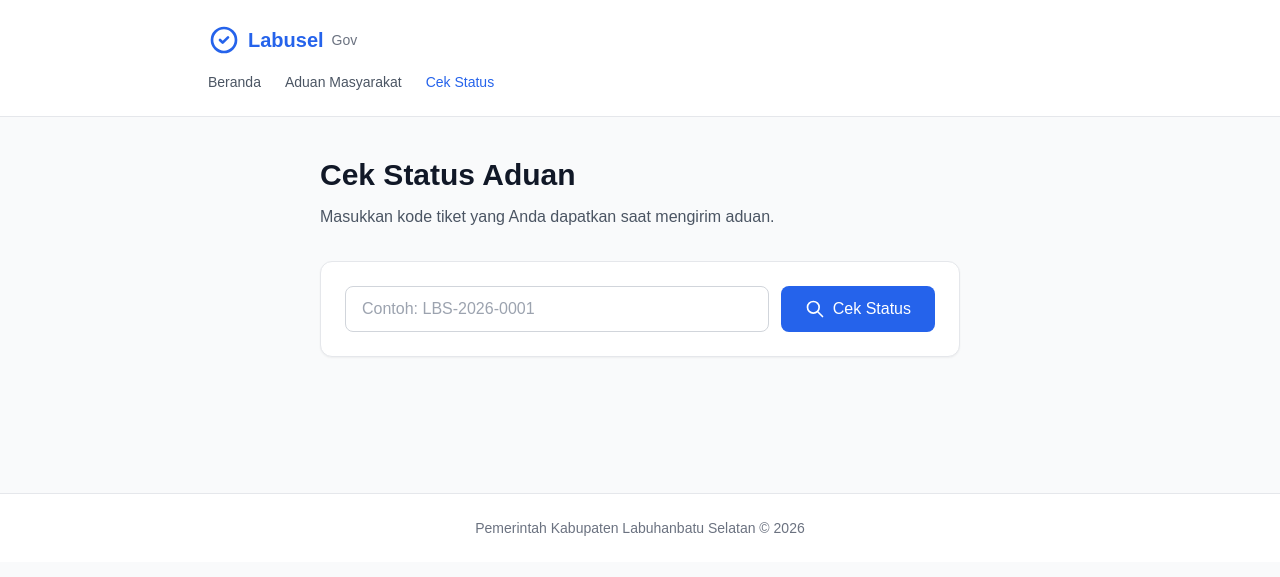
Repository: ahmaddzulkarnainyoo-dev/labusel-final
Page: /cek-status
The author's editor kept a copy of each file at every save. The page is drawn from the files as they stood at one save, then again after the next save.
The browser window is 1280 px wide. The pictures show the whole page.
The project was rebuilt for these pictures with package versions that can differ from the ones it lists, and the page was loaded fresh each time. The framework's server and built-in components were replaced by stand-ins that run in the browser. Also part of the build but not shown: next.config.js, next.config.mjs.

Above is the page before, as saved 2026-06-24 14:27:51.

After the next save:
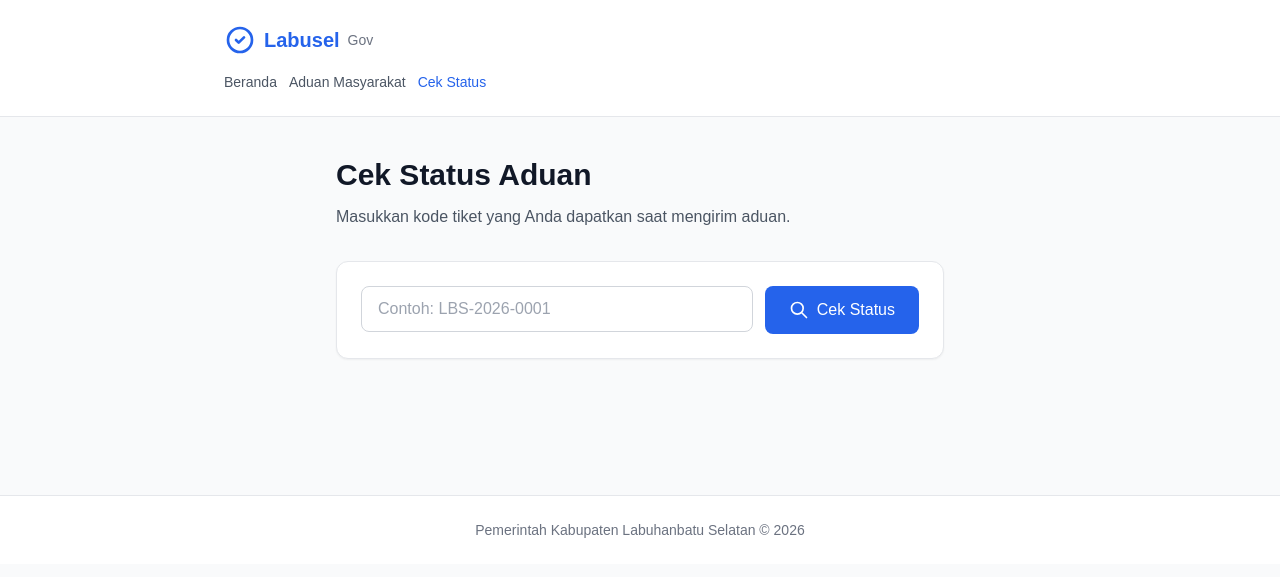
Saved 89 s later.
--- a/src/app/cek-status/page.tsx
+++ b/src/app/cek-status/page.tsx
@@ -91,7 +91,7 @@ export default function CekStatusPage() {
     <div className="min-h-screen bg-gray-50">
       {/* Header */}
       <header className="bg-white border-b border-gray-200">
-        <div className="max-w-4xl mx-auto px-4 py-6">
+        <div className="max-w-4xl mx-auto px-4 sm:px-6 lg:px-8 py-6">
           <div className="flex items-center space-x-2 mb-4">
             <svg className="w-8 h-8 text-blue-600" fill="none" stroke="currentColor" viewBox="0 0 24 24">
               <path strokeLinecap="round" strokeLinejoin="round" strokeWidth={2} d="M9 12l2 2 4-4m6 2a9 9 0 11-18 0 9 9 0 0118 0z" />
@@ -99,7 +99,7 @@ export default function CekStatusPage() {
             <span className="text-xl font-bold text-blue-600">Labusel</span>
             <span className="text-sm text-gray-500">Gov</span>
           </div>
-          <nav className="flex space-x-6 text-sm">
+          <nav className="flex flex-wrap gap-3 text-sm">
             <a href="/" className="text-gray-600 hover:text-blue-600">Beranda</a>
             <a href="/aduan" className="text-gray-600 hover:text-blue-600">Aduan Masyarakat</a>
             <a href="/cek-status" className="text-blue-600 font-medium">Cek Status</a>
@@ -107,14 +107,14 @@ export default function CekStatusPage() {
         </div>
       </header>
 
-      <main className="max-w-2xl mx-auto px-4 py-10">
+      <main className="max-w-2xl mx-auto px-4 sm:px-6 lg:px-8 py-10">
         <h1 className="text-3xl font-bold text-gray-900 mb-3">Cek Status Aduan</h1>
         <p className="text-gray-600 mb-8">
           Masukkan kode tiket yang Anda dapatkan saat mengirim aduan.
         </p>
 
         {/* Search Form */}
-        <form onSubmit={handleSubmit} className="bg-white rounded-xl shadow-sm border border-gray-200 p-6 mb-8">
+        <form onSubmit={handleSubmit} className="bg-white rounded-xl shadow-sm border border-gray-200 p-4 sm:p-6 mb-8">
           <div className="flex flex-col sm:flex-row gap-3">
             <div className="flex-1">
               <input
@@ -122,13 +122,13 @@ export default function CekStatusPage() {
                 value={kodeTiket}
                 onChange={(e) => setKodeTiket(e.target.value)}
                 placeholder="Contoh: LBS-2026-0001"
-                className="w-full px-4 py-2.5 border border-gray-300 rounded-lg focus:ring-2 focus:ring-blue-500 focus:border-blue-500 outline-none transition-colors"
+                className="w-full px-4 py-2.5 border border-gray-300 rounded-lg focus:ring-2 focus:ring-blue-500 focus:border-blue-500 outline-none transition-colors text-base"
               />
             </div>
             <button
               type="submit"
               disabled={loading}
-              className="bg-blue-600 text-white px-6 py-2.5 rounded-lg font-medium hover:bg-blue-700 transition-colors disabled:opacity-50 disabled:cursor-not-allowed flex items-center justify-center space-x-2"
+              className="w-full sm:w-auto bg-blue-600 text-white px-6 py-3 rounded-lg font-medium hover:bg-blue-700 transition-colors disabled:opacity-50 disabled:cursor-not-allowed flex items-center justify-center space-x-2"
             >
               {loading ? (
                 <svg className="animate-spin h-5 w-5 text-white" fill="none" viewBox="0 0 24 24">
@@ -156,7 +156,7 @@ export default function CekStatusPage() {
 
         {/* Not Found */}
         {searched && !aduan && !error && (
-          <div className="bg-white rounded-xl shadow-sm border border-gray-200 p-8 text-center">
+          <div className="bg-white rounded-xl shadow-sm border border-gray-200 p-4 sm:p-8 text-center">
             <svg className="w-16 h-16 text-gray-300 mx-auto mb-4" fill="none" stroke="currentColor" viewBox="0 0 24 24">
               <path strokeLinecap="round" strokeLinejoin="round" strokeWidth={2} d="M9.172 16.172a4 4 0 015.656 0M9 10h.01M15 10h.01M21 12a9 9 0 11-18 0 9 9 0 0118 0z" />
             </svg>
@@ -169,7 +169,7 @@ export default function CekStatusPage() {
         {aduan && (
           <div className="space-y-6">
             {/* Status Card */}
-            <div className="bg-white rounded-xl shadow-sm border border-gray-200 p-6">
+            <div className="bg-white rounded-xl shadow-sm border border-gray-200 p-4 sm:p-6">
               <div className="flex items-center justify-between mb-4">
                 <h2 className="text-lg font-semibold text-gray-900">Detail Aduan</h2>
                 <span className={`px-3 py-1 rounded-full text-sm font-medium ${getStatusBadge(aduan.status)}`}>
@@ -230,7 +230,7 @@ export default function CekStatusPage() {
 
             {/* Dokumentasi */}
             {dokumentasi.length > 0 && (
-              <div className="bg-white rounded-xl shadow-sm border border-gray-200 p-6">
+            <div className="bg-white rounded-xl shadow-sm border border-gray-200 p-4 sm:p-6">
                 <h2 className="text-lg font-semibold text-gray-900 mb-4">Dokumentasi Tindak Lanjut</h2>
                 <div className="space-y-4">
                   {dokumentasi.map((doc) => (
